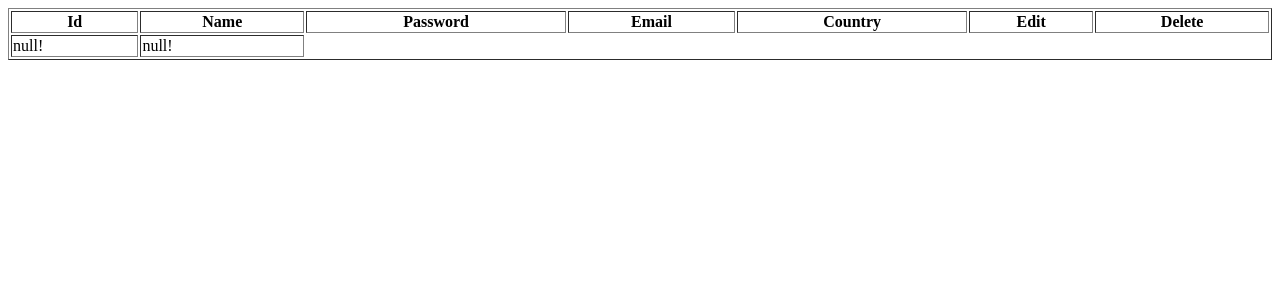
Repository: Kamleshmaury/CoreJava
Page: http://localhost/Crud_App/view1.jsp
The author's editor kept a copy of each file at every save. The page is drawn from the files as they stood at one save, then again after the next save.
The browser window is 1280 px wide. The pictures show the whole page.
The page is served by Tomcat 10. Other server files are loaded and not shown.

Above is the page before, as saved 2022-10-18 06:38:42.

### Crud_App/src/main/webapp/view1.jsp
<%@ page language="java" contentType="text/html; charset=UTF-8"
    pageEncoding="UTF-8"%>
<!DOCTYPE html PUBLIC "-//W3C//DTD HTML 4.01 Transitional//EN" "http://www.w3.org/TR/html4/loose.dtd">
<html>
<head>
<meta http-equiv="Content-Type" content="text/html; charset=UTF-8">
<title>Insert title here</title>
</head>
<body>
	<form action="ViewServlet" method="get">
		<table border='1' width='100%'>
			<tr>
				<th>Id</th>
				<th>Name</th>
				<th>Password</th>
				<th>Email</th>
				<th>Country</th>
				<th>Edit</th>
				<th>Delete</th></tr>

				<tr>
					<td><%=request.getParameter("id")%>! </td>
       				<td><%=request.getParameter("name")%>! </td>
       			</tr>
		</table>
	</form>
</body>
</html>

After the next save:
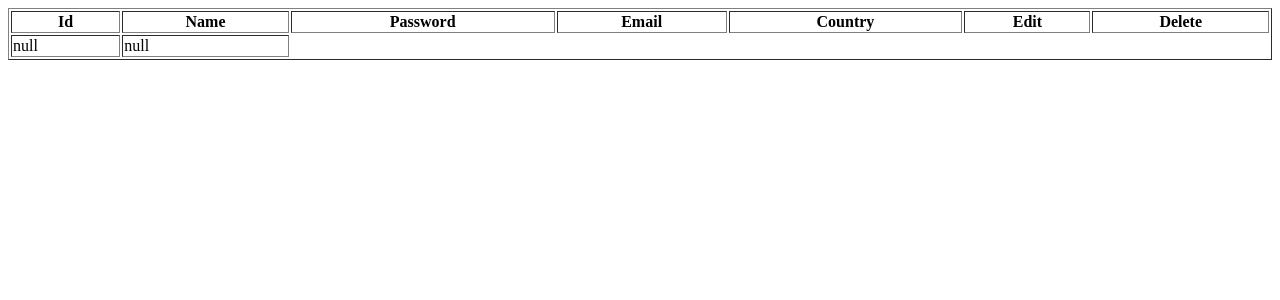
Saved 10 s later.
--- a/Crud_App/src/main/webapp/view1.jsp
+++ b/Crud_App/src/main/webapp/view1.jsp
@@ -19,8 +19,8 @@
 				<th>Delete</th></tr>
 
 				<tr>
-					<td><%=request.getParameter("id")%>! </td>
-       				<td><%=request.getParameter("name")%>! </td>
+					<td><%=request.getParameter("id")%> </td>
+       				<td><%=request.getParameter("name")%> </td>
        			</tr>
 		</table>
 	</form>
